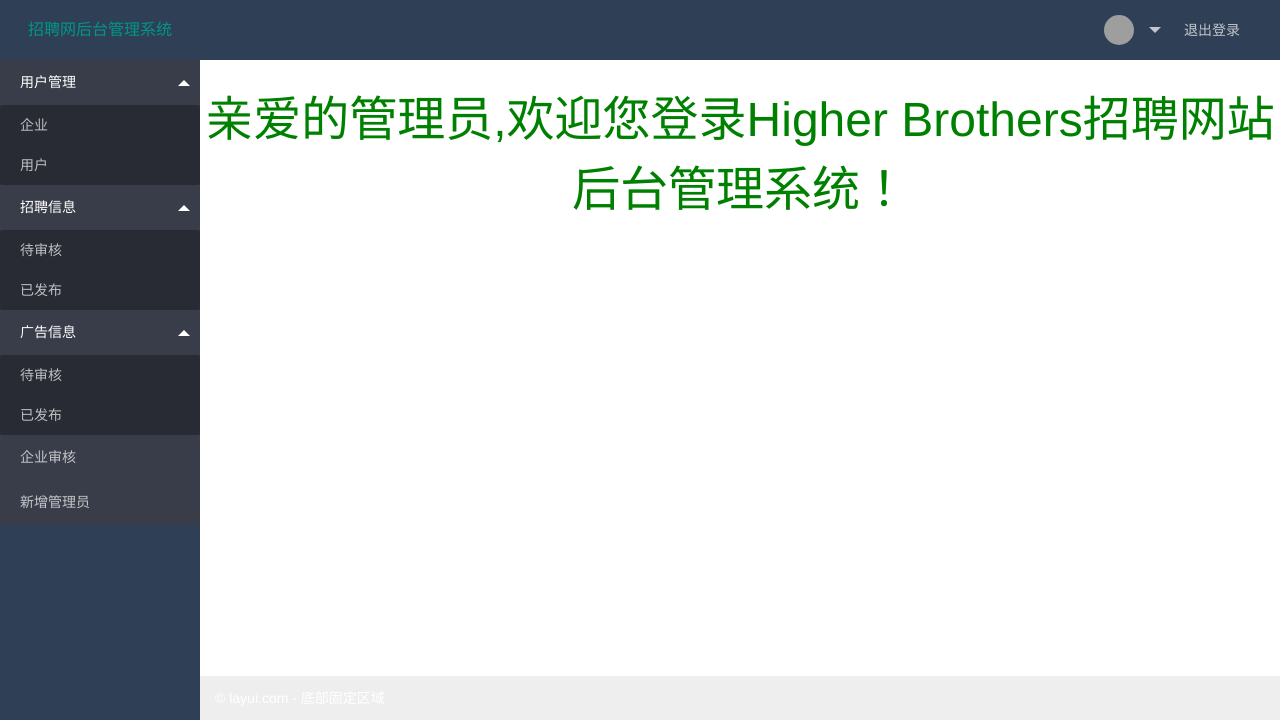
Repository: LongJinhe-coder/java-web-
Page: http://localhost/projectDemo1/adminhome.jsp
An editor plug-in stored every save of this project. The page is shown before and after the next save, followed by the edit.
The browser window is 1280 px wide. The pictures show the whole page.
Pictures or frames that could not be fetched are drawn as grey boxes. The page is served by Tomcat 9.

Above is the page before, as saved 2020-07-27 08:06:10.

After the next save:
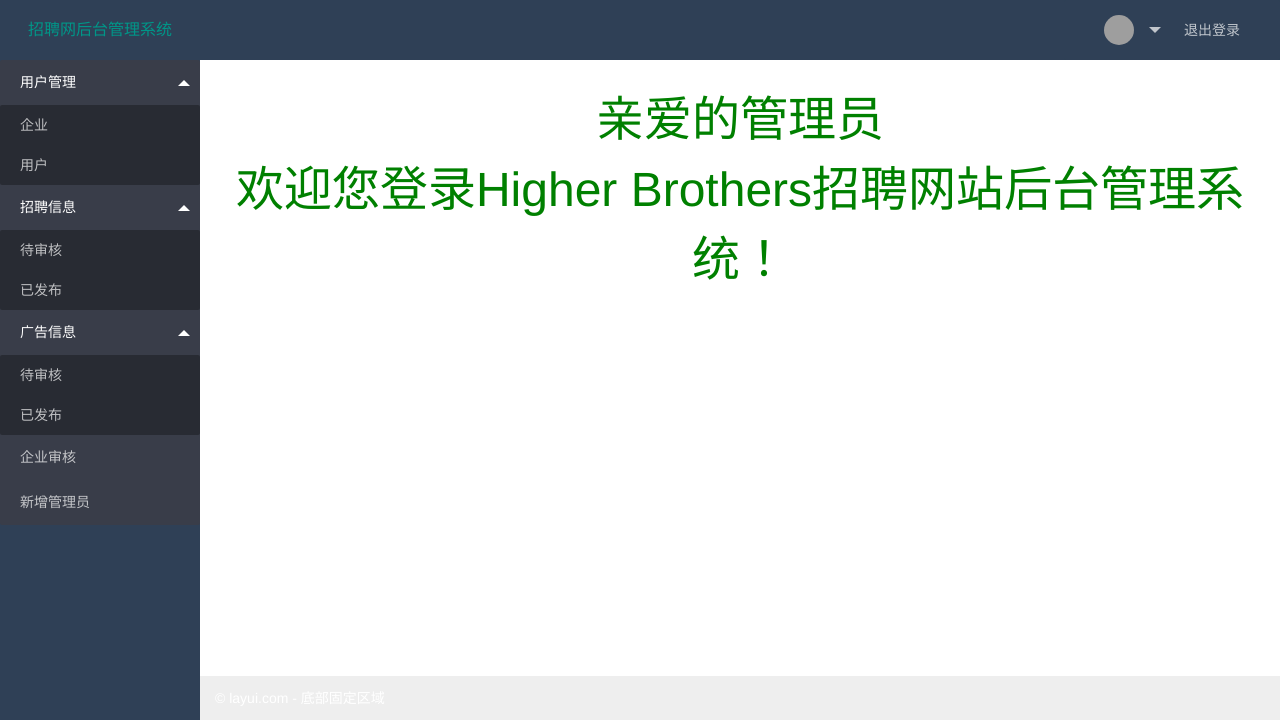
Saved 30 s later.
--- a/MyEclipse CI/projectDemo1/WebRoot/index.jsp
+++ b/MyEclipse CI/projectDemo1/WebRoot/index.jsp
@@ -18,7 +18,7 @@
 
   <body>
 
-  <center><div><font size="30px" color="green">亲爱的管理员${adminname},欢迎您登录Higher Brothers招聘网站后台管理系统！</font></div></center>
+  <center><div><font size="30px" color="green">亲爱的管理员${adminname}</br>欢迎您登录Higher Brothers招聘网站后台管理系统！</font></div></center>
   </body>
 
 </html>
